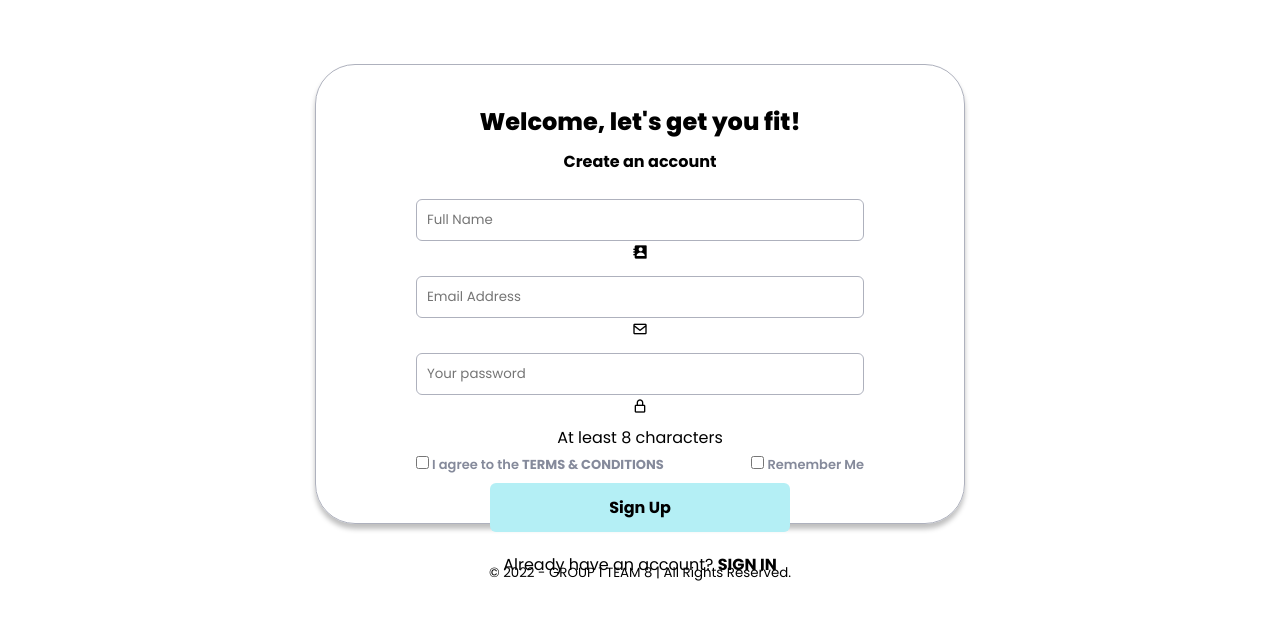
Repository: Rellzcodez/Group1-Team8
Page: pages/signup.html
The author's editor kept a copy of each file at every save. The page is drawn from the files as they stood at one save, then again after a run of saves.
The browser window is 1280 px wide. The pictures show the whole page.

Above is the page before, as saved 2022-09-12 14:01:36.

After the next 2 saves:
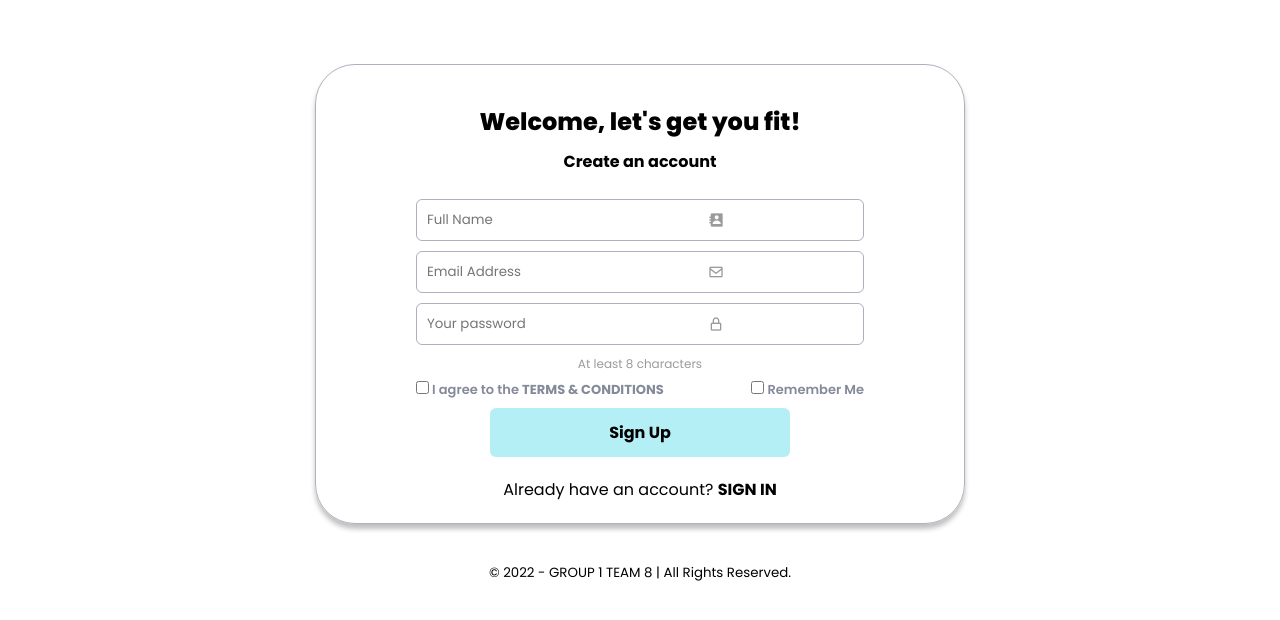
The 2 saves are shown as one change because they came seconds apart.
The last was saved 6 s later.
--- a/css/signup.css
+++ b/css/signup.css
@@ -63,6 +63,71 @@ form input:not([type='checkbox']) {
     color: #858A9B;
 }
 
+.input-group {
+    width: 100%;
+    position: relative;
+}
+.input-group input {
+    padding: 12px 40px 12px 20px;
+    outline: none;
+    border-radius: 6px;
+    border: 1px solid #B7B7B7;
+    width: 100%;
+    transition: all .3s ease;
+}
+
+/* Validation */
+  .input-group input:focus,
+.input-group input:not(:placeholder-shown) {
+    border-color: #277FFE;
+    background: #F4F2FF;
+}
+.input-group input:focus + i,
+.input-group input:not(:placeholder-shown) + i {
+    color: #277FFE;
+}
+.input-group input:focus:valid {
+    box-shadow: 0 0 0 4px #AECFFF;
+}
+
+.input-group input:valid:not(:placeholder-shown) {
+    border-color:#23AE00;
+}
+.input-group input:valid:not(:placeholder-shown) + i {
+    color:#23AE00;
+}
+.input-group input:invalid:not(:placeholder-shown) {
+    border-color:#FE2727;
+}
+.input-group input:invalid:not(:placeholder-shown) + i {
+    color:#FE2727;
+}
+.input-group input:focus:invalid {
+    box-shadow: 0 0 0 4px #FFD2D2;
+}
+.input-group input:focus,
+.input-group input:focus:placeholder-shown {
+    box-shadow: 0 0 0 4px #AECFFF;
+}
+
+
+/* Validation */
+
+
+  .input-group i {
+    position: absolute;
+    top: 50%;
+    transform: translateY(-50%);
+    right: 140px;
+    color: #9B9B9B;
+    pointer-events: none;
+}
+
+ span.help-text {
+    font-size: 12px;
+    color: #9B9B9B;
+
+}
 input{
     margin: 0 auto;
 }
